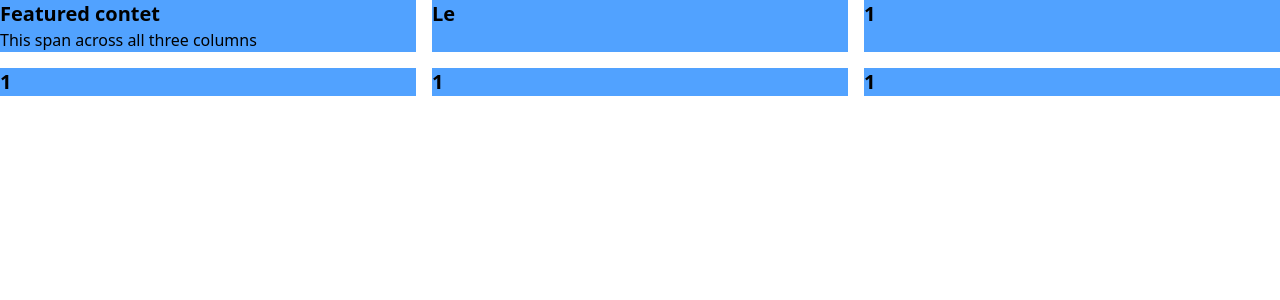
Repository: Abdulahi338/TailwindCss-exercise
Page: Exercise2/index.html
An editor plug-in stored every save of this project. The page is shown before and after a run of saves, followed by the edit.
The browser window is 1280 px wide. The pictures show the whole page.

Above is the page before, as saved 2025-07-27 11:09:32.

After the next 2 saves:
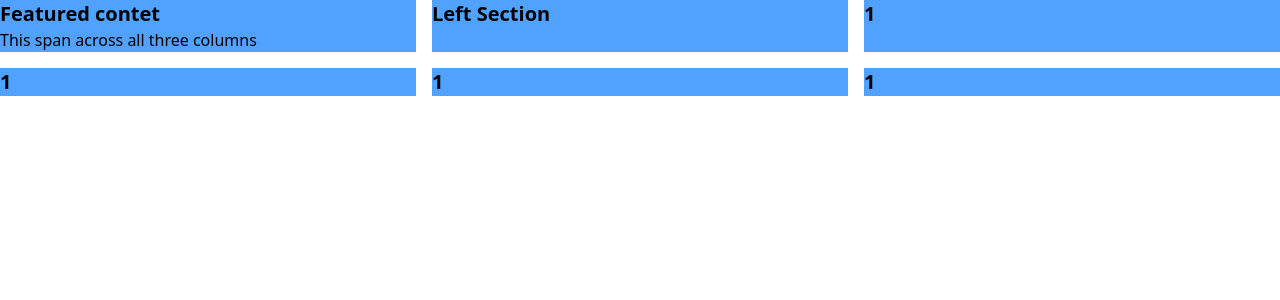
The 2 saves are shown as one change because they came seconds apart.
The last was saved 7 s later.
--- a/Exercise2/index.html
+++ b/Exercise2/index.html
@@ -15,7 +15,8 @@
             <p clas>This span across all three columns </p>
         </div>
         <div class="text-xl font-semibold bg-blue-400">
-            <h1>Le</h1>
+            <h1>Left Section</h1>
+            <p></p>
         </div>
         <div class="text-xl font-semibold bg-blue-400">1</div>
         <div class="text-xl font-semibold bg-blue-400">1</div>
